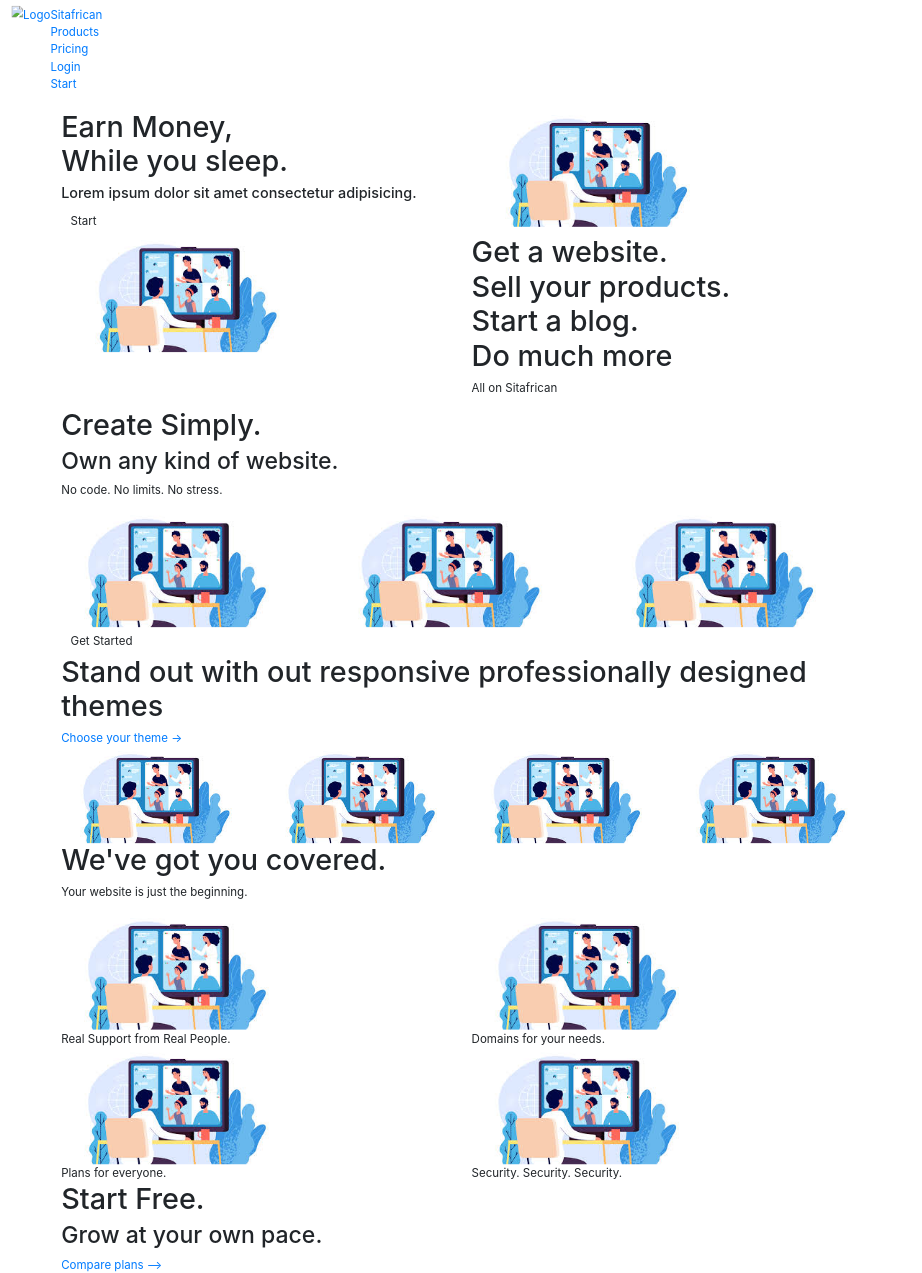
Repository: latenightsnacc/Static-Web-Projects
Page: Sitadel/index.html
The author's editor kept a copy of each file at every save. The page is drawn from the files as they stood at one save, then again after the next save.
The browser window is 1280 px wide. The pictures show the whole page, at 72% of full size.
The style sheet was rebuilt from its Sass, Less or Tailwind sources for each picture, by a compiler version that may differ from the author's.

Above is the page before, as saved 2020-11-09 13:24:06.

### Sitadel/index.html
<!DOCTYPE html>
<html lang="en">
<head>
    <meta charset="UTF-8">
    <meta name="viewport" content="width=device-width, initial-scale=1.0">
    <!--Tailwind CDN-->
    <link rel="stylesheet" href="https://cdnjs.cloudflare.com/ajax/libs/tailwindcss/1.9.6/base.min.css" integrity="sha512-hEjkvMSM0ql6VJcNK0gTmjt9ar8F2yHeBUbJKtyvQhkkbGMhiJ4+MaiB8XxsthLAHJx5vy2I9dN0un8HiWG2LA==" crossorigin="anonymous" />
    <link rel="stylesheet" href="https://cdnjs.cloudflare.com/ajax/libs/tailwindcss/1.9.6/components.min.css" integrity="sha512-TizAONqhvXjEfRPhptSUkZNVU497PzAnXNGNUoeOjeni4dHpJ+ak+ZsyoGna20LH/yg1PvdufN1VbnVQeVDftg==" crossorigin="anonymous" />
    <link rel="stylesheet" href="https://cdnjs.cloudflare.com/ajax/libs/tailwindcss/1.9.6/tailwind.css" integrity="sha512-HY1FOTeAX9idUBWDhVDrBg8QUHBisKVQ4BCVj1jFo5z76mk87w4Rr5YGP8nBkcGmoMzqYvdeXHMOg/olF45z3g==" crossorigin="anonymous" />
    <link rel="stylesheet" href="https://cdnjs.cloudflare.com/ajax/libs/tailwindcss/1.9.6/utilities.min.css" integrity="sha512-0QJfuLKyYJWGB5hKArJW67xqMLDlR8YaLM/ZuW2mRn4NRwHNsGm7UuREc5Fu7jONHyewPKnGODY0N8G+FQbfxg==" crossorigin="anonymous" />
    <!--Bootstrap CDN-->
    <link rel="stylesheet" href="https://cdn.jsdelivr.net/npm/bootstrap@4.5.3/dist/css/bootstrap.min.css" integrity="sha384-TX8t27EcRE3e/ihU7zmQxVncDAy5uIKz4rEkgIXeMed4M0jlfIDPvg6uqKI2xXr2" crossorigin="anonymous">
    <!--Custom Stylesheet-->
    <link rel="stylesheet" href="styles/stylesheet.css">
    <title>Landing Page</title>
</head>
<body>
    <!--Navigation Bar-->
    <div class="navbar">
        <div class="d-flex flex-row justify-content-between">
            <!--Logo-->
            <div class="logo">
                <a href="index.html">
                    <img src="#" alt="Logo"/>
                </a>
            </div>
            <!--Menu-->
            <div class="menu">
                <ul class="menu-list">
                    <li class="menu-item">
                        <a class="menu-link" href="#">Sitafrican</a>
                    </li>
                    <li class="menu-item">
                        <a class="menu-link" href="#">Products</a>
                    </li>
                    <li class="menu-item">
                        <a class="menu-link" href="#">Pricing</a>
                    </li>
                    <li class="menu-item">
                        <a class="menu-link" href="#">Login</a>
                    </li>
                    <li class="menu-item">
                        <a class="menu-button" href="#">Start</a>
                    </li>
                </ul>
            </div>
        </div>
    </div>
    <!--Banner Section-->
    <section id="banner">
        <div class="container">
            <div class="row">
                <!--Banner Text-->
                <div class="col-xs-12 col-s-12 col-md-6 col-lg-6 col-xl-6">
                    <div class="text-box">
                        <h1>Earn Money, <br/> While you sleep.</h1>
                        <h5>Lorem ipsum dolor sit amet consectetur adipisicing.</h5>
                        <button class="active-btn btn">Start</button>
                    </div>
                </div>
                <!--Banner Image-->
                <div class="col-xs-12 col-s-12 col-md-6 col-lg-6 col-xl-6">
                    <div class="container">
                        <a href="#">
                            <img src="assets/video-conferencing.jpeg" alt="banner image"/>
                        </a>
                    </div>
                </div>
            </div>
        </div>
    </section>

    <!--What you can do-->
    <section id="possibilities">
        <div class="container">
            <div class="row">
                <!--Image-->
                <div class="col-xs-12 col-s-12 col-md-6 col-lg-6 col-xl-6">
                    <div class="container">
                        <a href="#">
                            <img src="assets/video-conferencing.jpeg" alt="banner image"/>
                        </a>
                    </div>
                </div>
                <!--Text-->
                <div class="col-xs-12 col-s-12 col-md-6 col-lg-6 col-xl-6">
                    <div class="text-box">
                        <h1>Get a website. <br/>Sell your products.<br/> Start a blog.<br/> Do much more</h1>
                        <p>All on Sitafrican</p>
                    </div>
                </div>
            </div>
        </div>
    </section>

    <!--Responsive Design-->
    <section id="responsive-design">
        <div class="container">
            <div class="text-box">
                <h1>Create Simply.</h1>
                <h2>Own any kind of website.</h2>
                <p>No code. No limits. No stress.</p>
            </div>
            <div class="row">
                <!--Mobile View-->
                <div class="col">
                    <a href="#">
                        <img src="assets/video-conferencing.jpeg" alt="banner image"/>
                    </a>
                </div>
                <!--Desktop View-->
                <div class="col">
                    <a href="#">
                        <img src="assets/video-conferencing.jpeg" alt="banner image"/>
                    </a>
                </div>
                <!--Tablet view-->
                <div class="col">
                    <a href="#">
                        <img src="assets/video-conferencing.jpeg" alt="banner image"/>
                    </a>
                </div>
            </div>
            <div class="btn-box">
                <button class="btn btn-active">Get Started</button>
            </div>
        </div>
    </section>

    <!--Templates-->
    <section id="templates">
        <div class="container">
            <div class="text-box">
                <h1>Stand out with out responsive professionally designed themes</h1>
                <a href="#" class="lined-btn">Choose your theme -></a>
            </div>
            <div class="templates row">
                <div class="col">
                    <a href="#">
                        <img src="assets/video-conferencing.jpeg" alt="banner image"/>
                    </a>
                </div>
                <div class="col">
                    <a href="#">
                        <img src="assets/video-conferencing.jpeg" alt="banner image"/>
                    </a>
                </div>
                <div class="col">
                    <a href="#">
                        <img src="assets/video-conferencing.jpeg" alt="banner image"/>
                    </a>
                </div>
                <div class="col">
                    <a href="#">
                        <img src="assets/video-conferencing.jpeg" alt="banner image"/>
                    </a>
                </div>
            </div>
        </div>
    </section>

    <!--Our services-->
    <section id="services">
        <div class="container">
            <div class="text-box">
                <h1>We've got you covered.</h1>
                <p>Your website is just the beginning.</p>
            </div>
            <!--Row One-->
            <div class="row">
                <!--24/7 Support-->
                <div class="col-xs-12 col-s-12 col-md-6 col-lg-6 col-xl-6">
                    <a href="#">
                        <img src="assets/video-conferencing.jpeg" alt="banner image"/>
                    </a>
                    <div class="col-title">Real Support from Real People.</div>
                </div>
                <!--Domain & Hosting-->
                <div class="col-xs-12 col-s-12 col-md-6 col-lg-6 col-xl-6">
                    <a href="#">
                        <img src="assets/video-conferencing.jpeg" alt="banner image"/>
                    </a>
                    <div class="col-title">Domains for your needs.</div>
                </div>
            </div>
            <!--Row Two-->
            <div class="row">
                <!--Plans-->
                <div class="col-xs-12 col-s-12 col-md-6 col-lg-6 col-xl-6">
                    <a href="#">
                        <img src="assets/video-conferencing.jpeg" alt="banner image"/>
                    </a>
                    <div class="col-title">Plans for everyone.</div>
                </div>
                <!--Security-->
                <div class="col-xs-12 col-s-12 col-md-6 col-lg-6 col-xl-6">
                    <a href="#">
                        <img src="assets/video-conferencing.jpeg" alt="banner image"/>
                    </a>
                    <div class="col-title">Security. Security. Security.</div>
                </div>
            </div>
        </div>
    </section>

    <!--Pricing-->
    <section id="pricing">
        <div class="container">
            <div class="text-box">
                <h1>Start Free.</h1>
                <h2>Grow at your own pace.</h2>
            </div>
            <div class="row">
                <!--Free Plan-->
                <div class="col-xs-12 col-s-12 col-md-3 col-lg-3 col-xl-3"></div>
                <!--Free Plan-->
                <div class="col-xs-12 col-s-12 col-md-3 col-lg-3 col-xl-3"></div>
                <!--Free Plan-->
                <div class="col-xs-12 col-s-12 col-md-3 col-lg-3 col-xl-3"></div>
                <!--Free Plan-->
                <div class="col-xs-12 col-s-12 col-md-3 col-lg-3 col-xl-3"></div>
            </div>
            <div class="btn-box">
                <a href="#" class="line-btn">Compare plans --></a>
            </div>
        </div>
    </section>

    <!--Footer-->
    <div class="footer">
        <div class="container">
            <div class="row">

            </div>
        </div>
    </div>

    <!--Bootstrap Scripts-->
    <script src="https://code.jquery.com/jquery-3.5.1.slim.min.js" integrity="sha384-DfXdz2htPH0lsSSs5nCTpuj/zy4C+OGpamoFVy38MVBnE+IbbVYUew+OrCXaRkfj" crossorigin="anonymous"></script>
    <script src="https://cdn.jsdelivr.net/npm/popper.js@1.16.1/dist/umd/popper.min.js" integrity="sha384-9/reFTGAW83EW2RDu2S0VKaIzap3H66lZH81PoYlFhbGU+6BZp6G7niu735Sk7lN" crossorigin="anonymous"></script>
    <script src="https://cdn.jsdelivr.net/npm/bootstrap@4.5.3/dist/js/bootstrap.min.js" integrity="sha384-w1Q4orYjBQndcko6MimVbzY0tgp4pWB4lZ7lr30WKz0vr/aWKhXdBNmNb5D92v7s" crossorigin="anonymous"></script>
</body>
</html>

### Sitadel/styles/stylesheet.scss
@import'variables';

*{
    box-sizing: border-box;
    margin: 0;
    padding: 0;
    text-decoration: none;
    list-style: none;
    font-family: -apple-system, BlinkMacSystemFont, 'Segoe UI', Roboto, Oxygen, Ubuntu, Cantarell, 'Open Sans', 'Helvetica Neue', sans-serif;
    button {
        outline: none;
    }
    a {
        text-decoration: none;
        &:hover {
            text-decoration: none;
        }
    }
}

### Sitadel/styles/_variables.scss
$font: -apple-system, BlinkMacSystemFont, 'Segoe UI', Roboto, Oxygen, Ubuntu, Cantarell, 'Open Sans', 'Helvetica Neue', sans-serif;

$primary: #fff;

After the next save:
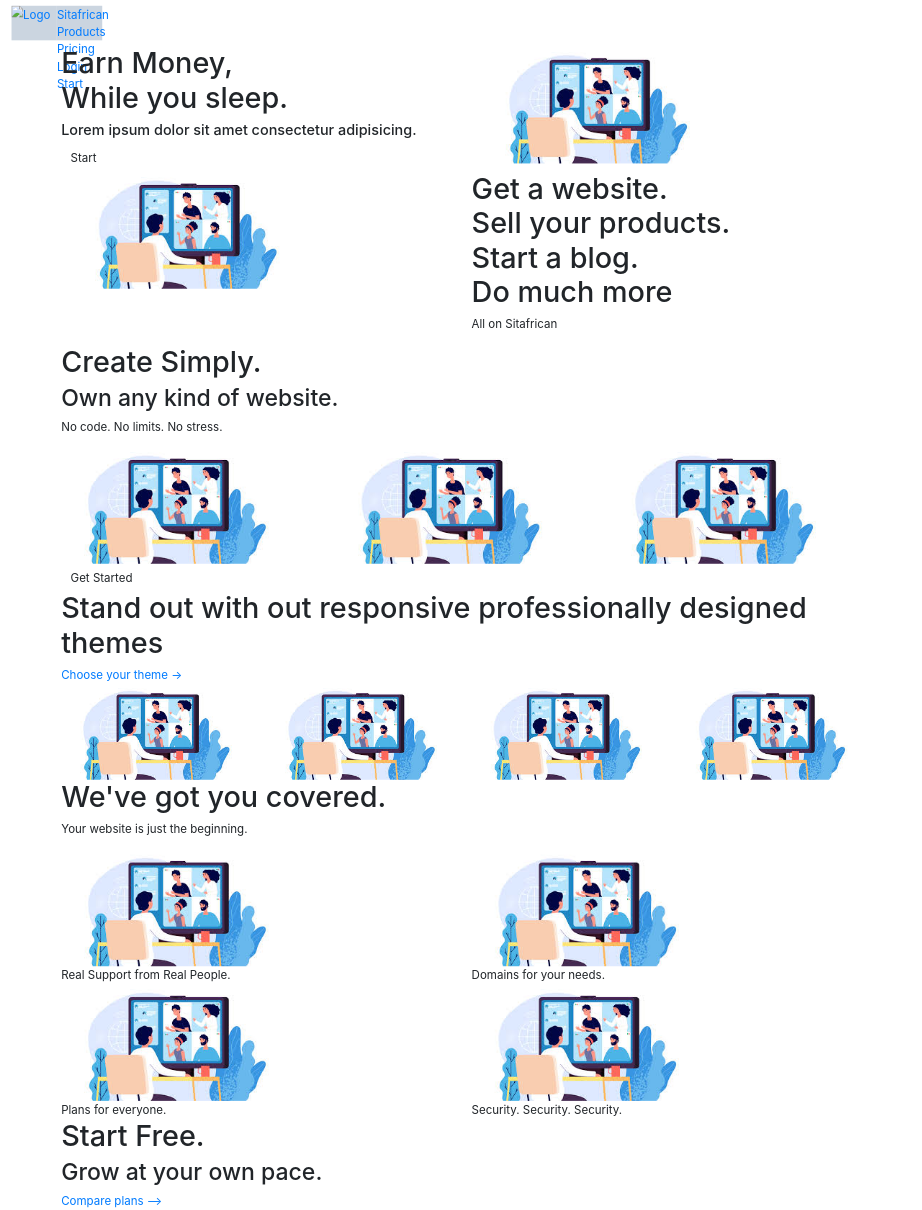
Saved 95 s later.
--- a/Sitadel/index.html
+++ b/Sitadel/index.html
@@ -19,13 +19,13 @@
     <div class="navbar">
         <div class="d-flex flex-row justify-content-between">
             <!--Logo-->
-            <div class="logo">
+            <div class="logo w-1/2 bg-gray-400 h-12">
                 <a href="index.html">
                     <img src="#" alt="Logo"/>
                 </a>
             </div>
             <!--Menu-->
-            <div class="menu">
+            <div class="menu w-1/2 bg-gray-400 h-12">
                 <ul class="menu-list">
                     <li class="menu-item">
                         <a class="menu-link" href="#">Sitafrican</a>
